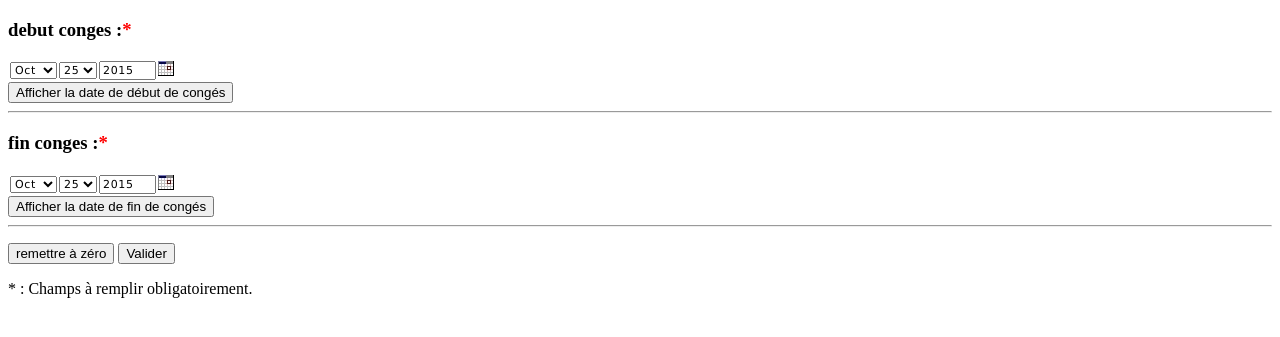
Repository: Iankills/TB-IR331
Page: http://localhost/gestConges_WebGUI/nouveau_conges.jsp
An editor plug-in stored every save of this project. The page is shown before and after the next save, followed by the edit.
The browser window is 1280 px wide. The pictures show the whole page.
The page is served by Tomcat 9. Other server files are loaded and not shown.

Above is the page before, as saved 2015-10-29 10:02:33.

### workspace-gestconges/gestConges_WebGUI/WebContent/nouveau_conges.jsp
<%@ page language="java" contentType="text/html; charset=ISO-8859-1"
	pageEncoding="ISO-8859-1"%>
<!DOCTYPE html PUBLIC "-//W3C//DTD HTML 4.01 Transitional//EN" "http://www.w3.org/TR/html4/loose.dtd">
<html>
<head>
<meta http-equiv="Content-Type" content="text/html; charset=ISO-8859-1">
<title>Création Conges</title>
<!-- test du script -->
<script type="text/javascript" src="calendarDateInput.js">

/***********************************************
* Jason's Date Input Calendar- By Jason Moon http://calendar.moonscript.com/dateinput.cfm
* Script featured on and available at http://www.dynamicdrive.com
* Keep this notice intact for use.
***********************************************/
</script>
<!-- Fin test du script -->

</head>
<body>

	<form method="get" action="template.jsp">
<table>
		<input type="hidden" name="action" value="traitement_conges" />
				<h3>debut conges :<font color="red">*</font></h3>
				<script>DateInput('debutconges', true, 'DD/MM/YYYY')</script>
				<input type="button" onClick="alert(this.form.debutconges.value)" value="Afficher la date de début de congés">
		<hr>
				<h3>fin conges :<font color="red">*</font></h3>
			    <script>DateInput('finconges', true, 'DD/MM/YYYY')</script>
				<input type="button" onClick="alert(this.form.finconges.value)" value="Afficher la date de fin de congés">
		<hr>
		<p><input type="reset" value="remettre à zéro" /> <input type="submit" value="Valider" /></p>
		<p class="erreur">* : Champs à remplir obligatoirement.</p>
		</table>
	</form>
</body>
</html>

Loaded but not shown: workspace-gestconges/gestConges_WebGUI/WebContent/calendarDateInput.js (591 lines, source omitted)

After the next save:
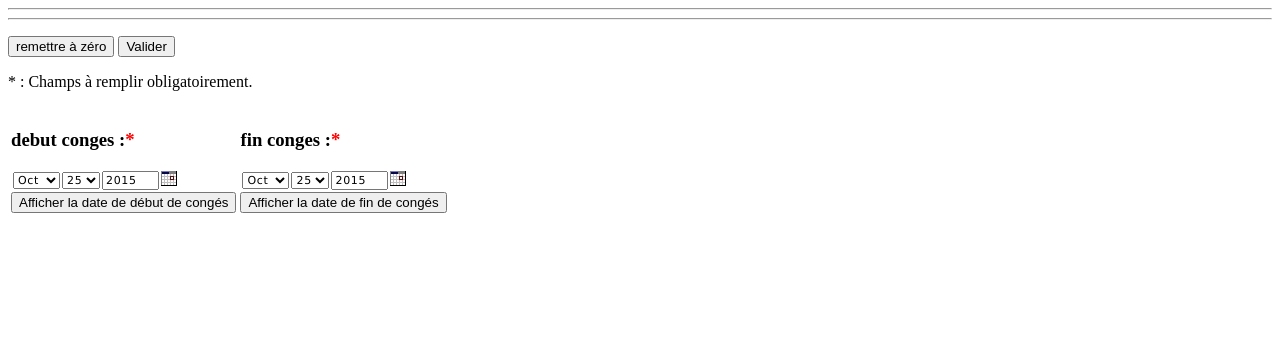
Saved 24 s later.
--- a/workspace-gestconges/gestConges_WebGUI/WebContent/nouveau_conges.jsp
+++ b/workspace-gestconges/gestConges_WebGUI/WebContent/nouveau_conges.jsp
@@ -21,15 +21,16 @@
 
 	<form method="get" action="template.jsp">
 <table>
+ <td>
 		<input type="hidden" name="action" value="traitement_conges" />
 				<h3>debut conges :<font color="red">*</font></h3>
 				<script>DateInput('debutconges', true, 'DD/MM/YYYY')</script>
 				<input type="button" onClick="alert(this.form.debutconges.value)" value="Afficher la date de début de congés">
-		<hr>
+		</td><hr><td>
 				<h3>fin conges :<font color="red">*</font></h3>
 			    <script>DateInput('finconges', true, 'DD/MM/YYYY')</script>
 				<input type="button" onClick="alert(this.form.finconges.value)" value="Afficher la date de fin de congés">
-		<hr>
+		</td><hr>
 		<p><input type="reset" value="remettre à zéro" /> <input type="submit" value="Valider" /></p>
 		<p class="erreur">* : Champs à remplir obligatoirement.</p>
 		</table>
